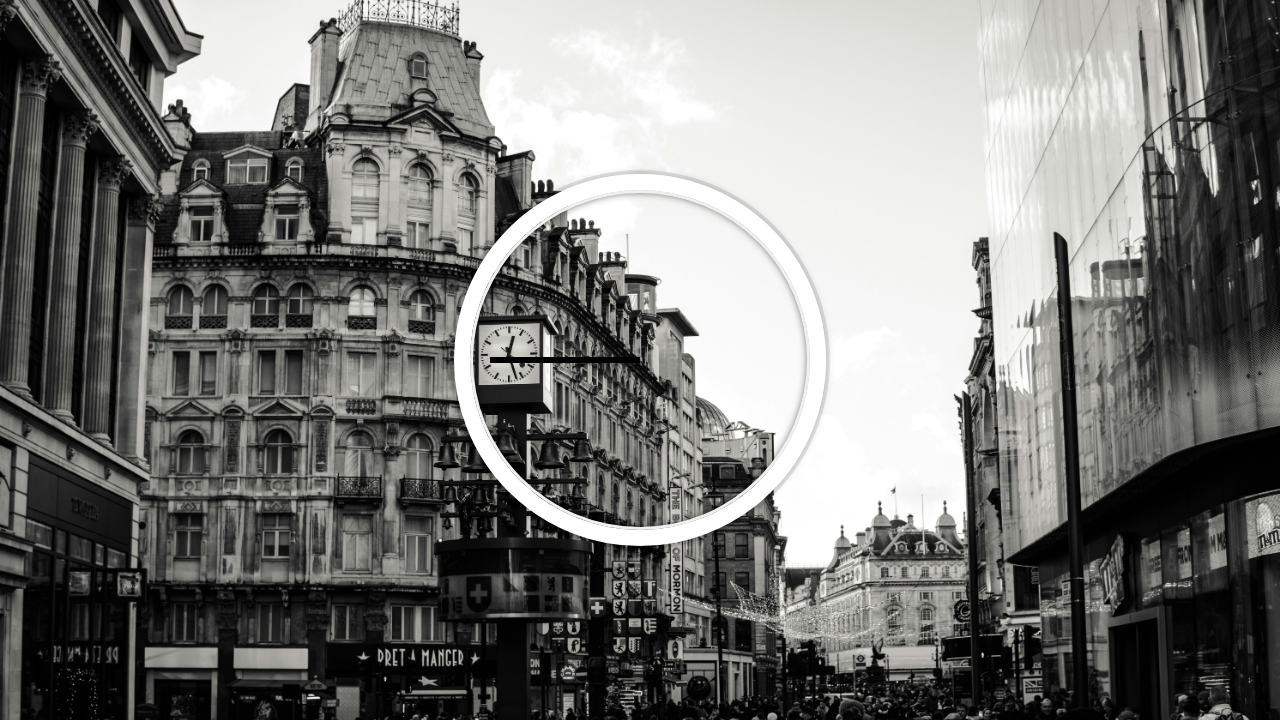
Repository: Freezler/javascript-css-clock
Page: index.html
These files come from the project's save history. The page is drawn as it stood at one moment and after the next save; the edit follows.
The browser window is 1280 px wide. The pictures show the whole page.

Above is the page before, as saved 2024-08-24 15:44:52.

### index.html
<!DOCTYPE html>
<html lang="en">

<head>
    <meta charset="UTF-8">
    <title>JS + CSS Clock</title>
    <link rel="icon" href="https://fav.farm/🔥" />
    <link rel="stylesheet" href="style.css">
</head>

<body>
    <div class="clock">
        <div class="clock-face">
            <div class="hand hour-hand"></div>
            <div class="hand min-hand"></div>
            <div class="hand second-hand"></div>
        </div>
    </div>
    <script src="/main.js"></script>
</body>

</html>

### style.css
html {
    background: url(../javascriptCss-clock/igor.jpg) no-repeat center center fixed;
    background-repeat: no-repeat;
    background-attachment: fixed;
    background-position: center center;
    background-size: cover;
    font-family: 'system-ui', sans-serif;
    text-align: center;
    font-size: 10px;
}

body {
    margin: 0;
    font-size: 2rem;
    display: flex;
    flex: 1;
    min-height: 100vh;
    align-items: center;
}

.clock {
    width: 30rem;
    height: 30rem;
    border: 16px solid white;
    border-radius: 50%;
    margin: 50px auto;
    position: relative;
    padding: 2rem;
    box-shadow:
        0 0 0 4px rgba(0, 0, 0, 0.1),
        inset 0 0 0 3px #EFEFEF,
        inset 0 0 10px black,
        0 0 10px rgba(0, 0, 0, 0.2);
}

.clock-face {
    position: relative;
    width: 100%;
    height: 100%;
    transform: translateY(-3px);
    /* account for the height of the clock hands */

}

.hand {
    width: 50%;
    height: 6px;
    background: black;
    position: absolute;
    top: 50%;
}

Loaded but not shown: main.js (no stored copy; drawn as an empty file)

After the next save:
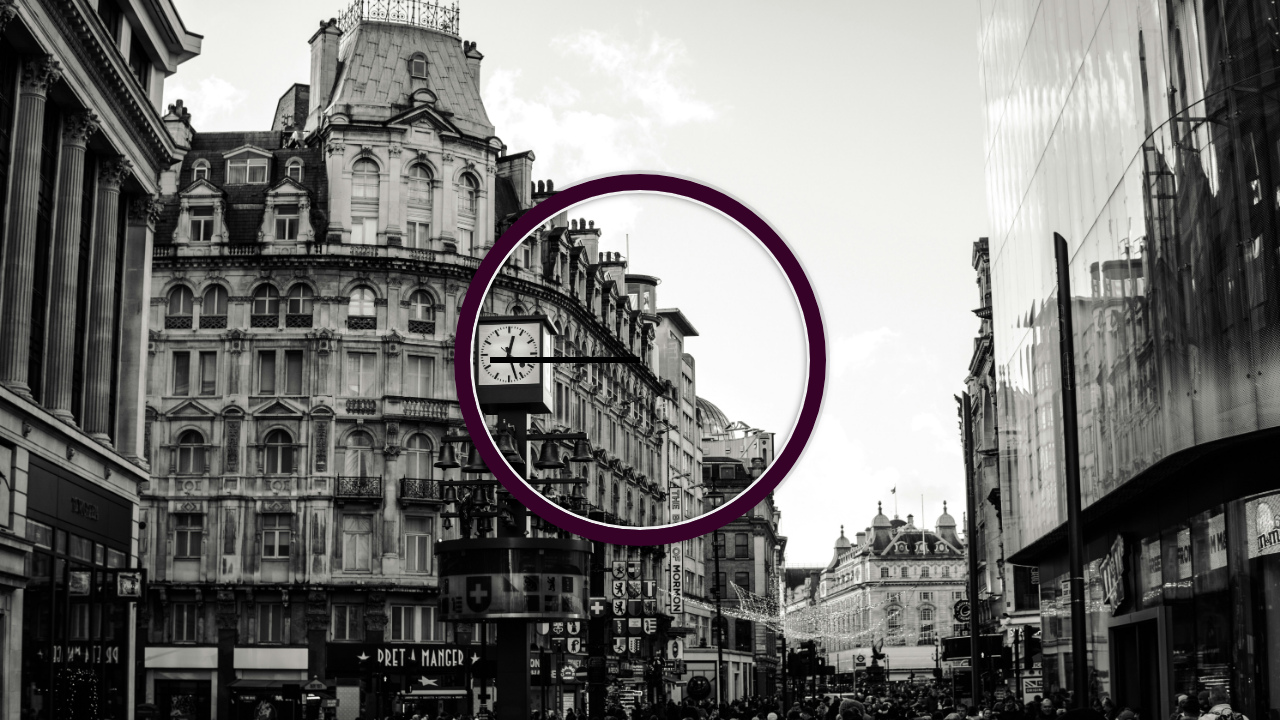
Saved 25 s later.
--- a/style.css
+++ b/style.css
@@ -21,7 +21,7 @@ body {
 .clock {
     width: 30rem;
     height: 30rem;
-    border: 16px solid white;
+    border: 16px solid rgb(54, 2, 40);
     border-radius: 50%;
     margin: 50px auto;
     position: relative;
